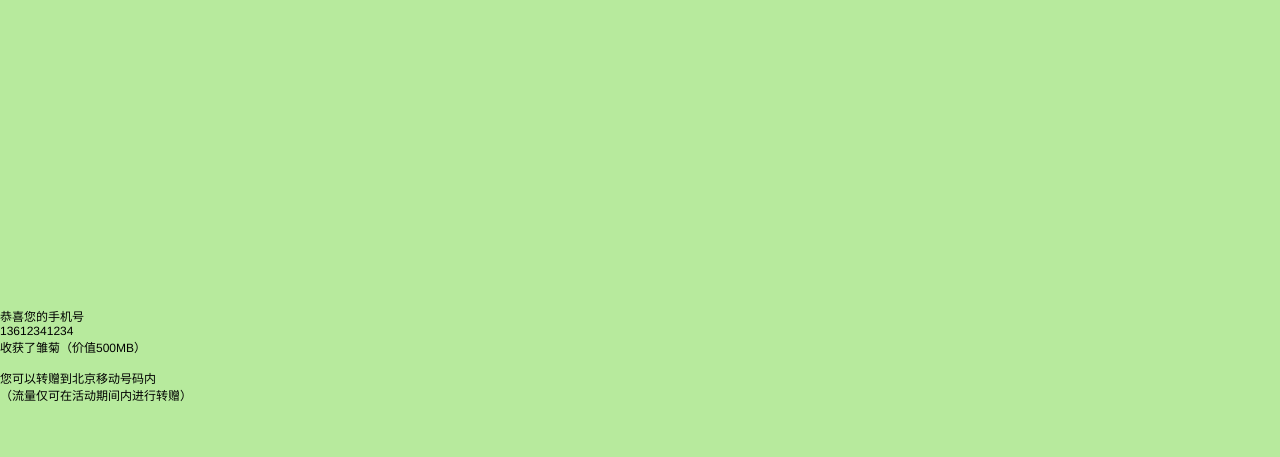
Repository: wangbiaozy/zh
Page: index.html
These files come from the project's save history. The page is drawn as it stood at one moment and after the next save; the edit follows.
The browser window is 1280 px wide. The pictures show the whole page.

Above is the page before, as saved 2019-03-18 17:36:58.
Console error: TypeError: Cannot read properties of undefined (reading 'style')

### index.html
<!DOCTYPE html>
<html lang="en">

<head>
    <meta charset="UTF-8">
    <meta name="viewport" content="width=device-width, initial-scale=1.0, maximum-scale=1.0, minimum-scale=1.0, user-scalable=no, viewport-fit=cover">
    <meta http-equiv="X-UA-Compatible" content="ie=edge">
    <title>北京移动</title>
    <link rel="stylesheet" href="css/reset.min.css">
    <link rel="stylesheet/less" href="css/styles.less">
    <script src="js/less-1.7.0.min.js"></script>
    <script src="js/jquery-1.10.1.min.js"></script>
    <script src="js/imgLoader.js"></script>
    <script>
        imgLoader([
            'images/banner.png',
            'images/bdsjh.png',
            'images/bg_01.png',
            'images/bg_02.png',
            'images/btn_cj.png',
            'images/btn_cjhd.png',
            'images/btn_dhff.png',
            'images/btn_dl.png',
            'images/btn_fshy.png',
            'images/btn_lj.png',
            'images/btn_qd.png',
            'images/btn_qdl.png',
            'images/btn_qr.png',
            'images/btn_qx.png',
            'images/btn_xg.png',
            'images/btn_zz.png',
            'images/c1.png',
            'images/c2.png',
            'images/c3.png',
            'images/c4.png',
            'images/c5.png',
            'images/card_1.png',
            'images/card_2.png',
            'images/card_3.png',
            'images/card_4.png',
            'images/card_5.png',
            'images/card.png',
            'images/close.png',
            'images/default.jpg',
            'images/erweima.png',
            'images/fire.gif',
            'images/fri_bg_01.png',
            'images/fri_bg_02.png',
            'images/fri_bg_03.png',
            'images/gongxi.png',
            'images/guang1.png',
            'images/guang2.png',
            'images/hdgz.png',
            'images/home_bg_01.png',
            'images/home_bg_02.png',
            'images/home_bg_03.png',
            'images/hyzl.png',
            'images/longjiao.png',
            'images/longshen.png',
            'images/longtou.png',
            'images/longwei.png',
            'images/longzhu.png',
            'images/longzhua.png',
            'images/rule_btn.png',
            'images/share.png',
            'images/sjhm.png',
            'images/start_btn.png',
            'images/submit.png',
            'images/tc_1_text.png',
            'images/tc_bg.png',
            'images/tc_card.png',
            'images/tc_title_1.png',
            'images/tc_title_2.png',
            'images/tc_title_3.png',
            'images/xxqr.png',
            'images/yun_1.png',
            'images/yun_2.png',
            'images/yun_3.png',
            'images/yun.png',
            'images/yzm.png'
        ], function (percentage) {
            var percentT = percentage * 100;
            $('.loader_info').html('Loading ' + (parseInt(percentT)) + '%');
            $('.loader_progress')[0].style.width = percentT + '%';
            if (percentage == 1) {
                /* $('.loader').remove();
                $('.home').show(); */
            }
        });
    </script>
</head>
<body>
    <!--loading-->
    <!-- <section class="loader">
        <div class="loader_info"></div>
        <div>
            <div class="loader_progress"></div>
        </div>
    </section> -->
    <!-- 首页 -->
    <section id="home" class="home">
        <div>
            <a href="javascript: void(0)" class="rule-btn"></a>
        </div>
        <div>
            <div></div>
        </div>
        <div>
            <a href="javascript: void(0)" id="start-btn"></a>
            <div>
                <p id="countDown"><i>倒计时：</i><span>7</span>天<span>00</span>时<span>00</span>分<span>00</span>秒</p>
            </div>
            <p>4月8日-4月14日&nbsp;&nbsp;&nbsp;&nbsp;活动将于4月14日结束，务必到期前领取</p>
        </div>
    </section>
    <!-- 活动规则页 -->
    <section id="rule" class="rule">
        <div>
            <div></div>
            <div>
                <ul>
                    <li>
                        <h3>一 活动时间：</h3>
                        <p>即日起——4月14日</p>
                        <h3>二 活动介绍：</h3>
                        <p>活动期间，用户通过北京移动微信公众号，可参与“天天种花得流量”活动。用户每天可获得一颗种子，通过添加物料（水、阳光、肥料），完成种植，收获花朵并获得对应流量奖品。</p>
                        <p>获取物料方法：</p>
                        <p>1、用户首次参与活动可领取水、阳光、肥料各1份。</p>
                        <p>2、分享活动给好友，邀请其助力赠送，可获得更多物料。（好友助力次数不限，但为同一用户仅可助力一次。）</p>
                        <h3>三 奖品规则：</h3>
                        <p>活动奖品包含：100MB、200MB、500MB、1GB、2GB、3GB全国流量，及部分免费业务体验资格、优惠业务办理资格。</p>
                        <p>（一）流量奖品</p>
                        <p>1.流量档位包括100MB、200MB、500MB、1GB、2GB、3GB全国流量；</p>
                        <p>2.奖品将于领取后15日内，自动充入用户的微信关注绑定手机号，流量自充入日起生效，有效期至本月月末；</p>
                        <p>3.活动赠送套外国内流量，优先级低于主套餐、可选包、短促包、定向流量包等，赠送流量无法共享，不可结转；</p>
                        <p>4.处于保留期、保号期、挂失、申停、欠停、转品牌过渡期的手机号；物联网卡、4G超级日租卡套餐、神州行开心听、语音套餐卡、神州行B标准资费基本策划等特殊资费用户无法领取赠送流量；</p>
                        <p>5.赠送流量每月仅可领取100次，超出上限不可领取；</p>
                        <p>6.北京移动用户抽中流量奖品后，自动充入关注绑定账户。非北京移动用户抽中流量奖品后可以转赠给北京移动手机号码。</p>
                        <p>（二）其它奖品</p>
                        <p>规则详见各奖品办理页面</p>
                        <p>温馨提示：</p>
                        <p>1、活动将于4月14日结束，请您务必于活动结束前完成领奖，逾期视为自动放弃奖品。</p>
                        <p>2、活动页面内可手动关闭活动提醒。如不关闭，默认每天发放服务通知，提醒用户活动状态已更新。</p>
                    </li>
                </ul>
                <a href="javascript:void(0)">确定</a>
            </div>
        </div>
        <div></div>
    </section>
    <!-- 主页 -->
    <section id="main" class="main">
        <div>
            <a href="javascript:void(0)" class="rule-btn"></a>
            <a href="javascript:void(0)" class="method-btn"></a>
            <div>
                <a href="javascript:void(0)"></a>
                <p>活动通知</p>
            </div>
        </div>
        <div>
            <div></div>
        </div>
        <div>
            <ul>
                <li>
                    <span>3</span>
                </li>
                <li>
                    <span>3</span>
                </li>
                <li>
                    <span>3</span>
                </li>
            </ul>
            <ul>
                <li>奖励花园</li>
                <li>获取能量</li>
            </ul>
        </div>
        <div>
            <h3></h3>
            <ul>
                <p>您还没有好友给您助力哦~</p>
                <!-- <li>
                    <div>
                        <img src="./images/fri_default.png" alt="">
                    </div>
                    <p>胖子胖子胖子胖子</p>
                    <p>帮忙增加了<span>肥料</span></p>
                    <p>3月1日</p>
                </li> -->
            </ul>
        </div>
    </section>
    <!-- 玩法锦囊页 -->
    <section id="method" class="method">
        <div></div>
        <div></div>
        <div></div>
        <div></div>
        <div></div>
        <a href="javascript: void(0)">确定</a>
    </section>
    <!-- 我的奖励花园页 -->
    <section id="gift" class="gift">
        <div>
            <div>
                <div></div>
                <ul>
                    <li>
                        <img src="./images/flower_0.png" alt="">
                        <a href="javascript: void(0)"></a>
                    </li>
                    <li>
                        <img src="./images/flower_0.png" alt="">
                        <a href="javascript: void(0)"></a>
                    </li>
                    <li>
                        <img src="./images/flower_0.png" alt="">
                        <a href="javascript: void(0)"></a>
                    </li>
                    <li>
                        <img src="./images/flower_0.png" alt="">
                        <a href="javascript: void(0)"></a>
                    </li>
                    <li>
                        <img src="./images/flower_0.png" alt="">
                        <a href="javascript: void(0)"></a>
                    </li>
                    <li>
                        <img src="./images/flower_0.png" alt="">
                        <a href="javascript: void(0)"></a>
                    </li>
                    <li>
                        <img src="./images/flower_0.png" alt="">
                        <a href="javascript: void(0)"></a>
                    </li>
                </ul>
                <div></div>
                <a href="javascript: void(0)">返回</a>
            </div>
        </div>
        <div></div>
    </section>
    <!-- 二维码页 -->
    <section id="code" class="code">
        <div>
            <div>
                <div>
                    <p>亲爱的用户<br>天天种花得流量活动邀你参加<br>天天有惊喜哦~</p>
                </div>
                <div>
                    <div>
                        <img src="./images/erweima.jpg" alt="">
                    </div>
                </div>
            </div>
        </div>
        <div></div>
    </section>
    <!-- 添加物料弹窗 -->
    <section class="model addModel message-model">
        <div>
            <p>您已成功为种子<br><span>添加了阳光</span><br>种子已进入<span>成熟</span>期<br>快来看看吧</p>
        </div>
        <a href="javascript: void(0)">确定</a>
    </section>
    <!-- 发送好友弹窗 -->
    <section class="model to-friend message-model">
        <div>
            <p>您需要积攒能量<br>才能种出神秘花朵<br>还有抽大奖的机会哦<br>快请好友帮忙吧</p>
        </div>
        <a href="javascript:void(0)">发送好友</a>
    </section>
    <!-- 开始 种子弹窗 -->
    <section class="model tc-0">
        <div>
            <p>恭喜您已经播种了<br>一颗神秘种子<br>快去养育TA～</p>
            <div></div>
            <p>看看可以收获什么花吧！！</p>
            <p>送您阳光、水壶、肥料各一份</p>
        </div>
        <a href="javascript:void(0)">确定</a>
    </section>
    <!-- 本网获得流量弹窗 -->
    <section class="model tc-1">
        <div>
            <p>恭喜您的手机号</p>
            <p>15910943650</p>
            <p>收货了<span>雏菊</span>（价值<span>500MB</span>）</p>
            <img src="./images/flower_tc_1.png" alt="">
            <p>流量将于7日内到账</p>
            <p>有效期至本月月末</p>
            <a href=""></a>
        </div>
        <a href="javascript:void(0)">确定</a>
    </section>
    <!-- 异网流量弹窗 1-->
    <section class="model tc-2">
        <div>
            <p>恭喜您的手机号</p>
            <p>13612341234</p>
            <p>收获了雏菊（价值<span>500MB</span>）</p>
            <img src="" alt="">
            <p>您可以转赠到北京移动号码内</p>
            <p>（流量仅可在活动期间内进行转赠）</p>
        </div>
        <div>
            <a href="javascript:void(0)"></a>
        </div>
    </section>
    <!-- 分享浮层 -->
    <section class="share">
        <div>
            <span></span>
        </div>
    </section>
    <!-- 遮罩层 -->
    <section class="mask" id="mask"></section>
</body>
</html>
<script src="js/index.js"></script>

### css/reset.min.css
@charset "utf-8";
/*默认样式清除和初始化*/
body,h1,h2,h3,h4,h5,h6,hr,p,blockquote,dl,dt,dd,ul,ol,li,button,input,textarea,th,td{margin:0;padding:0}body{font-size:12px;font-style:normal;font-family:"\5FAE\8F6F\96C5\9ED1",Helvetica,sans-serif}small{font-size:12px}h1{font-size:18px}h2{font-size:16px}h3{font-size:14px}h4,h5,h6{font-size:100%}ul,ol{list-style:none}a{text-decoration:none;background-color:transparent}a:hover,a:active{outline-width:0;text-decoration:none}table{border-collapse:collapse;border-spacing:0}hr{border:0;height:1px}img{border-style:none}img:not([src]){display:none}svg:not(:root){overflow:hidden}html{-webkit-touch-callout:none;-webkit-text-size-adjust:100%}input,textarea,button,a{-webkit-tap-highlight-color:rgba(0,0,0,0)}article,aside,details,figcaption,figure,footer,header,main,menu,nav,section,summary{display:block}audio,canvas,progress,video{display:inline-block}audio:not([controls]),video:not([controls]){display:none;height:0}progress{vertical-align:baseline}mark{background-color:#ff0;color:#000}sub,sup{position:relative;font-size:75%;line-height:0;vertical-align:baseline}sub{bottom:-0.25em}sup{top:-0.5em}button,input,select,textarea{font-size:100%;outline:0}button,input{overflow:visible}button,select{text-transform:none}textarea{overflow:auto}button,html [type="button"],[type="reset"],[type="submit"]{-webkit-appearance:button}button::-moz-focus-inner,[type="button"]::-moz-focus-inner,[type="reset"]::-moz-focus-inner,[type="submit"]::-moz-focus-inner{border-style:none;padding:0}button:-moz-focusring,[type="button"]:-moz-focusring,[type="reset"]:-moz-focusring,[type="submit"]:-moz-focusring{outline:1px dotted ButtonText}[type="checkbox"],[type="radio"]{box-sizing:border-box;padding:0}[type="number"]::-webkit-inner-spin-button,[type="number"]::-webkit-outer-spin-button{height:auto}[type="search"]{-webkit-appearance:textfield;outline-offset:-2px}[type="search"]::-webkit-search-cancel-button,[type="search"]::-webkit-search-decoration{-webkit-appearance:none}::-webkit-input-placeholder{color:inherit;opacity:.54}::-webkit-file-upload-button{-webkit-appearance:button;font:inherit}.clear:after{display:block;height:0;content:"";clear:both}
*{ -webkit-tap-highlight-color: rgba(0,0,0,0);-webkit-tap-highlight-color: transparent; /* For some Androids */ }

### js/imgLoader.js
/**
 * Created by wangbiaozy on 2017/12/11.
 */
(function () {
    function isArray(obj) {
        return Object.prototype.toString.call(obj) === '[object Array]';
    }

    /**
     * @param imgList 要加载的图片地址列表，['aa/asd.png','aa/xxx.png']
     * @param callback 每成功加载一个图片之后的回调，并传入“已加载的图片总数/要加载的图片总数”表示进度
     * @param timeout 每个图片加载的超时时间，默认为5s
     */
    var loader = function (imgList, callback, timeout) {
        timeout = timeout || 5000;
        imgList = isArray(imgList) && imgList || [];
        callback = typeof(callback) === 'function' && callback;

        var total = imgList.length,
            loaded = 0,
            imgages = [],
            _on = function () {
                loaded < total && (++loaded, callback && callback(loaded / total));
            };

        if (!total) {
            return callback && callback(1);
        }

        for (var i = 0; i < total; i++) {
            imgages[i] = new Image();
            imgages[i].onload = imgages[i].onerror = _on;
            imgages[i].src = imgList[i];
        }

        /**
         * 如果timeout * total时间范围内，仍有图片未加载出来（判断条件是loaded < total），通知外部环境所有图片均已加载
         * 目的是避免用户等待时间过长
         */
        setTimeout(function () {
            loaded < total && (loaded = total, callback && callback(loaded / total));
        }, timeout * total);

    };

    "function" === typeof define && define.cmd ? define(function () {
        return loader
    }) : window.imgLoader = loader;
})();

Loaded but not shown: js/less-1.7.0.min.js (library); js/jquery-1.10.1.min.js (library); js/index.js (497 lines, source omitted)

After the next save:
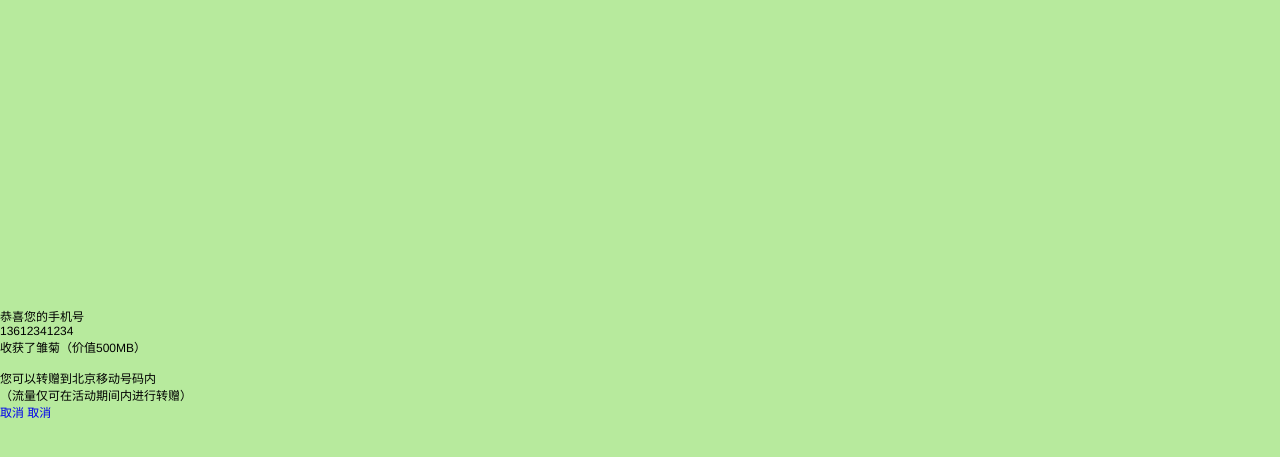
Saved 4 s later.
--- a/index.html
+++ b/index.html
@@ -307,7 +307,8 @@
             <p>（流量仅可在活动期间内进行转赠）</p>
         </div>
         <div>
-            <a href="javascript:void(0)"></a>
+            <a href="javascript:void(0)">取消</a>
+            <a href="javascript:void(0)">取消</a>
         </div>
     </section>
     <!-- 分享浮层 -->
